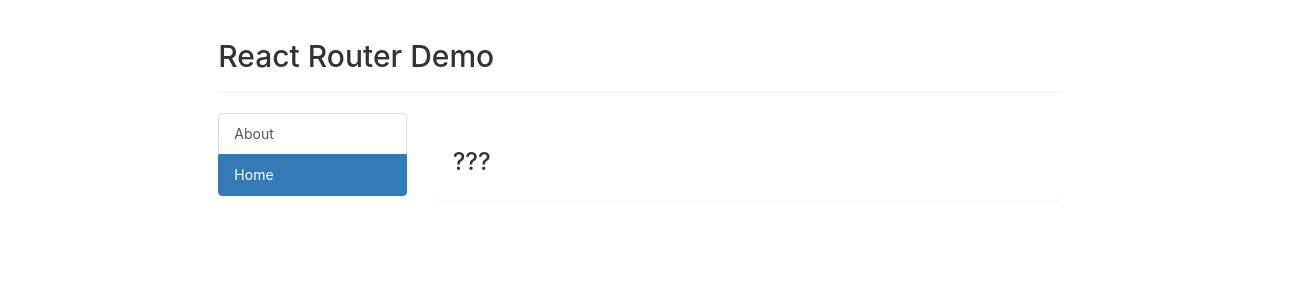
Repository: Shanshan67/React_a
Page: /
An editor plug-in stored every save of this project. The page is shown before and after the next save, followed by the edit.
The browser window is 1280 px wide. The page is 1295 px wide, so the pictures cover 1295 px, including what lies to the right of the window. The pictures show the whole page.
The project was rebuilt for these pictures with package versions that can differ from the ones it lists, and the page was loaded fresh each time. Also part of the build but not shown: src/components/About/index.jsx, src/components/Home/index.jsx.

Above is the page before, as saved 2022-12-07 14:48:08.

After the next save:
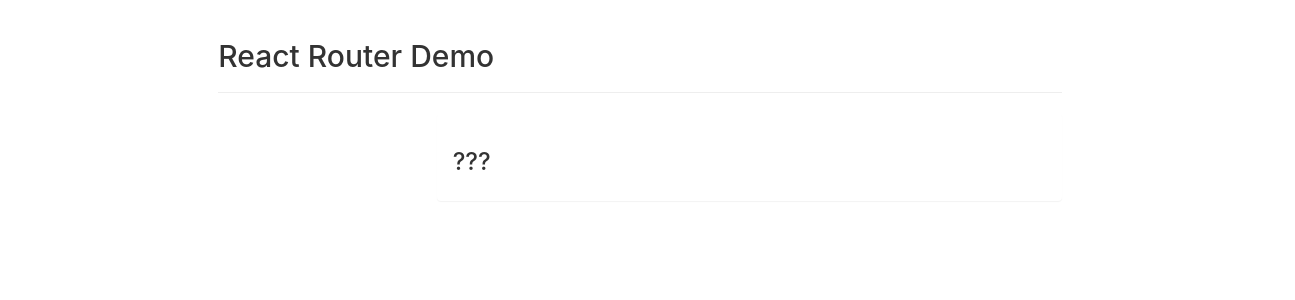
Saved 4 min 30 s later.
--- a/src/App.jsx
+++ b/src/App.jsx
@@ -15,8 +15,8 @@ export default class App extends Component {
         <div className="row">
           <div className="col-xs-2 col-xs-offset-2">
             <div className="list-group">
-              <a className="list-group-item" href="./about.html">About</a>
-              <a className="list-group-item active" href="./home.html">Home</a>
+              {/* <a className="list-group-item" href="./about.html">About</a>
+              <a className="list-group-item active" href="./home.html">Home</a> */}
             </div>
           </div>
           <div className="col-xs-6">
